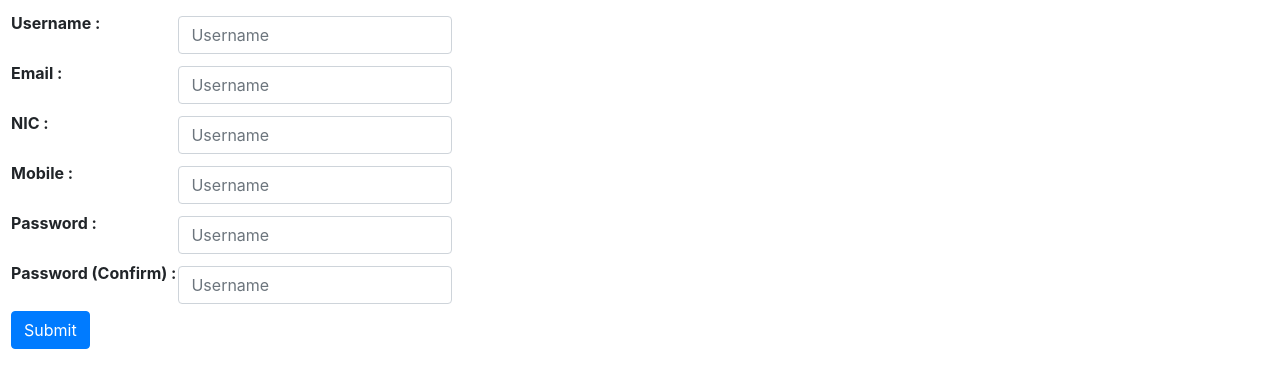
Repository: sahanjayawardena9619/paf_lab
Page: http://localhost/pafOnline/login.jsp
An editor plug-in stored every save of this project. The page is shown before and after the next save, followed by the edit.
The browser window is 1280 px wide. The pictures show the whole page.
The page is served by Tomcat 9. Other server files are loaded and not shown.

Above is the page before, as saved 2019-05-25 16:21:45.

### Client/paf_onlineProject/pafOnline/WebContent/login.jsp
<%@ page language="java" contentType="text/html; charset=ISO-8859-1"
	pageEncoding="ISO-8859-1"%>
<!DOCTYPE html>
<html>
<head>
<meta charset="UTF-8">
<meta name="viewport" content="width=device-width, initial-scale=1">
<title>Index Page</title>
<link rel="stylesheet" type="text/css" href="css/bootstrap.min.css">
<link rel="stylesheet" type="text/css" href="css/style.css">
<script src="js/jquery-3.4.1.min.js"></script>
</head>
<body>



	<div>
		<form action="#" name="myForm1" method="POST"
			onSubmit="return testValid();">
			<table>
				<tr>
					<td>
						<div class="form-group">
							<label for="email"><b>Username : </b></label>
					</td>

					<td><input type="text" class="form-control" id="username"
						placeholder="Username" name="username" onInput="checkUsername();">
						<span class="error-form" id="usernameOut"></span>
						</div></td>
				</tr>

				<tr>
					<td>
						<div class="form-group">
							<label for="email"><b>Email : </b></label>
					</td>

					<td><input type="text" class="form-control" id="email"
						placeholder="Username" name="email" onInput="checkEmail();">
						<span class="error-form" id="emailOut"></span></td>
				</tr>

				<tr>
					<td>
						<div class="form-group">
							<label for="email"><b>NIC : </b></label>
					</td>

					<td><input type="text" class="form-control" id="nic"
						placeholder="Username" name="nic" oninput="checkNIC();"> <span
						class="error-form" id="nicOut"></span></td>
				</tr>

				<tr>
					<td>
						<div class="form-group">
							<label for="email"><b>Mobile : </b></label>
					</td>

					<td><input type="text" class="form-control" id="mobile"
						placeholder="Username" name="mobile" oninput="checkMobile();">
						<span class="error-form" id="mobileOut"></span></td>
				</tr>

				<tr>
					<td>
						<div class="form-group">
							<label for="email"><b>Password : </b></label>
					</td>

					<td><input type="text" class="form-control" id="password"
						placeholder="Username" name="password" onInput="checkPassword();">
						<span class="error-form" id="passwordOut"></span></td>
				</tr>

				<tr>
					<td>
						<div class="form-group">
							<label for="email"><b>Password (Confirm) : </b></label>
					</td>

					<td><input type="text" class="form-control"
						id="passwordConfirm" placeholder="Username" name="passwordConfirm"
						oninput="checkPassMatch();"> <span class="error-form"
						id="passwordConfirmOut"></span></td>
				</tr>

				<tr>
					<td>
						<button type="submit" class="btn btn-primary">Submit</button>
					</td>
				</tr>




			</table>
		</form>
	</div>


</body>
</html>

### Client/paf_onlineProject/pafOnline/WebContent/css/style.css
body {
	margin:10px;
}

.error-form{
	color:red;
}

Loaded but not shown: Client/paf_onlineProject/pafOnline/WebContent/css/bootstrap.min.css (library); Client/paf_onlineProject/pafOnline/WebContent/js/jquery-3.4.1.min.js (library)

After the next save:
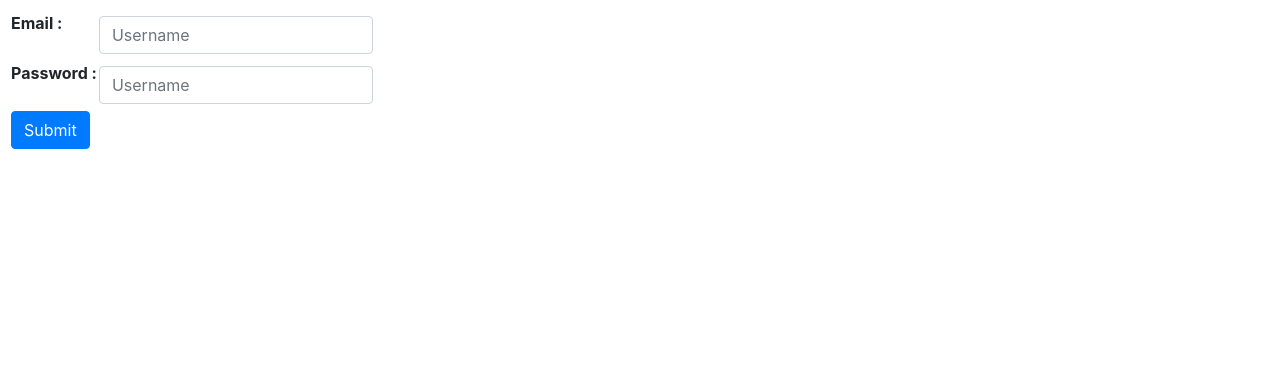
Saved 16 s later.
--- a/Client/paf_onlineProject/pafOnline/WebContent/login.jsp
+++ b/Client/paf_onlineProject/pafOnline/WebContent/login.jsp
@@ -18,17 +18,7 @@
 		<form action="#" name="myForm1" method="POST"
 			onSubmit="return testValid();">
 			<table>
-				<tr>
-					<td>
-						<div class="form-group">
-							<label for="email"><b>Username : </b></label>
-					</td>
 
-					<td><input type="text" class="form-control" id="username"
-						placeholder="Username" name="username" onInput="checkUsername();">
-						<span class="error-form" id="usernameOut"></span>
-						</div></td>
-				</tr>
 
 				<tr>
 					<td>
@@ -41,27 +31,7 @@
 						<span class="error-form" id="emailOut"></span></td>
 				</tr>
 
-				<tr>
-					<td>
-						<div class="form-group">
-							<label for="email"><b>NIC : </b></label>
-					</td>
 
-					<td><input type="text" class="form-control" id="nic"
-						placeholder="Username" name="nic" oninput="checkNIC();"> <span
-						class="error-form" id="nicOut"></span></td>
-				</tr>
-
-				<tr>
-					<td>
-						<div class="form-group">
-							<label for="email"><b>Mobile : </b></label>
-					</td>
-
-					<td><input type="text" class="form-control" id="mobile"
-						placeholder="Username" name="mobile" oninput="checkMobile();">
-						<span class="error-form" id="mobileOut"></span></td>
-				</tr>
 
 				<tr>
 					<td>
@@ -74,17 +44,6 @@
 						<span class="error-form" id="passwordOut"></span></td>
 				</tr>
 
-				<tr>
-					<td>
-						<div class="form-group">
-							<label for="email"><b>Password (Confirm) : </b></label>
-					</td>
-
-					<td><input type="text" class="form-control"
-						id="passwordConfirm" placeholder="Username" name="passwordConfirm"
-						oninput="checkPassMatch();"> <span class="error-form"
-						id="passwordConfirmOut"></span></td>
-				</tr>
 
 				<tr>
 					<td>
